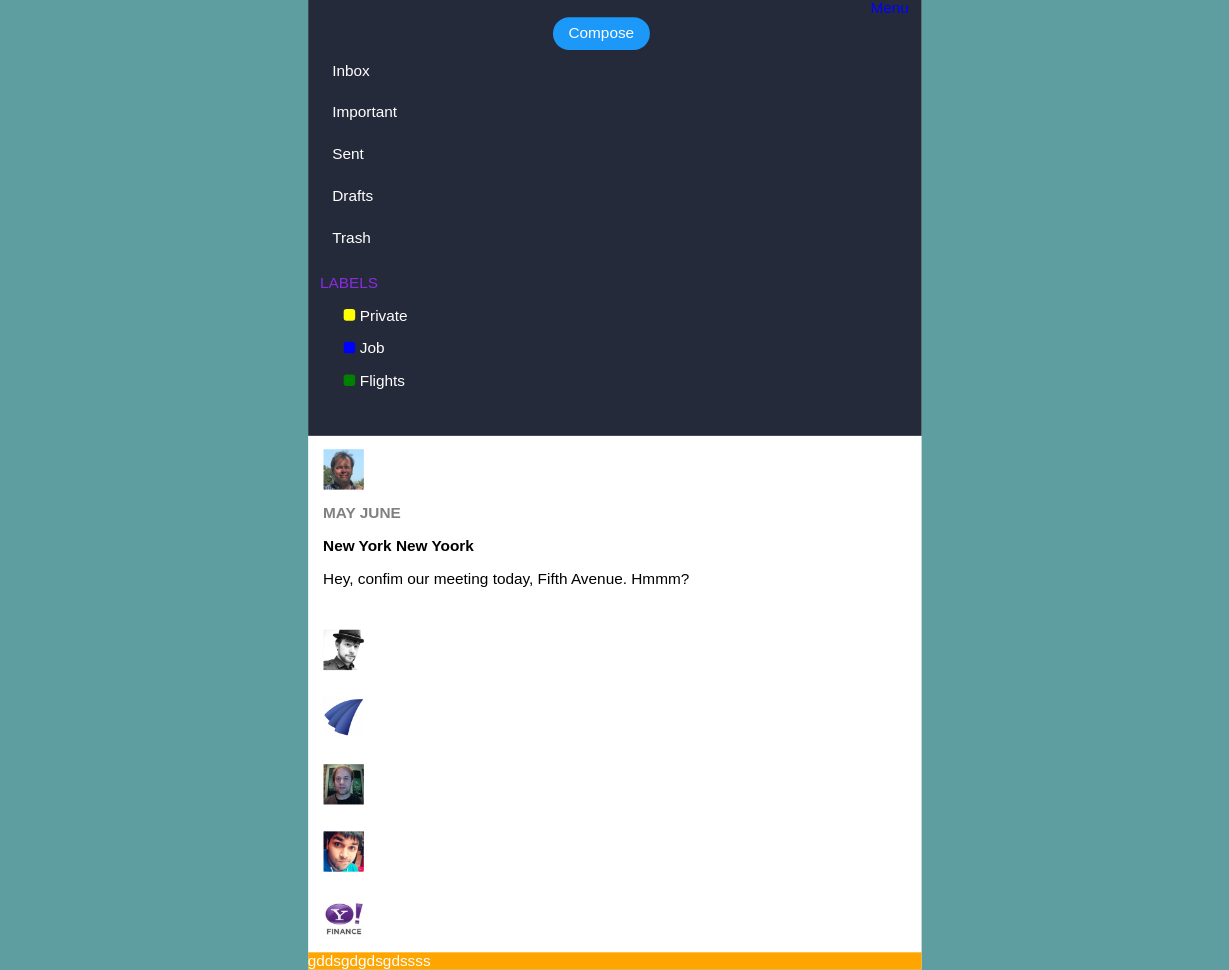
Repository: Gumiin/studia
Page: lesson4/index.html
These files come from the project's save history. The page is drawn as it stood at one moment and after the next save; the edit follows.
The browser window is 1280 px wide. The pictures show the whole page, at 96% of full size.

Above is the page before, as saved 2021-04-21 18:14:12.

### lesson4/index.html
<!DOCTYPE html>
<html lang="en">
<head>
    <meta charset="UTF-8">
    <meta http-equiv="X-UA-Compatible" content="IE=edge">
    <meta name="viewport" content="width=device-width, initial-scale=1.0">
    <title>Mail mobile part</title>
    <link rel="stylesheet" href="style.css">
</head>
<body>
    <main>
    <navigation id="menus">
        <p style="border: 0px;margin: 0px; color: blue;margin-right: 2%;text-align: right;">Menu</p>
        <a href=""><div id="compose">Compose</div></a>
        <nav>
            <a href=""><div class="menu">Inbox</div></a>
            <a href=""><div class="menu">Important</div></a>
            <a href=""><div class="menu">Sent</div></a>
            <a href=""><div class="menu">Drafts</div></a>
            <a href=""><div class="menu">Trash</div></a>
        </nav>
        <div id="labels">
            <p style="color: blueviolet;">LABELS</p>
            <p>
                <div class="label"style="background-color: yellow;"></div>
            Private
            </p>
            <p>
                <div class="label" style="background-color: blue;"></div>
            Job
            </p>
            <p>
                <div class="label" style="background-color: green;"></div>
            Flights
            </p>
        </div>
    </navigation>
    <div id="mails">
        <div class="mail">
            <div class="small_box">
                <img src="/lesson4/webmail/avatary/p1.png" alt="Avatar"/>
            </div>
            <div class="">
                <p class="sender">may june</p>
                <p class="title">New York New Yoork</p>
                <p class="messnege">Hey, confim our meeting today, Fifth Avenue. Hmmm? </p>
            </div>
        </div>
        <div class="mail">
            <div class="small_box">
                <img src="/lesson4/webmail/avatary/p2.png" alt="Avatar"/>
            </div>
        </div> <div class="mail">
            <div class="small_box">
                <img src="/lesson4/webmail/avatary/p3.png" alt="Avatar"/>
            </div>
        </div> <div class="mail">
            <div class="small_box">
                <img src="/lesson4/webmail/avatary/p4.png" alt="Avatar"/>
            </div>
        </div> <div class="mail">
            <div class="small_box">
                <img src="/lesson4/webmail/avatary/p5.png" alt="Avatar"/>
            </div>
        </div> <div class="mail">
            <div class="small_box">
                <img src="/lesson4/webmail/avatary/p6.png" alt="Avatar"/>
            </div>
        </div>
    </div>
    <content id="messenge">
        gddsgdgdsgdssss
    </content>
</main>
</body>
</html>

### lesson4/style.css
body{
    margin: 0px;
    border: 0px;
    max-width: 639px;
    height:100%;
    margin:auto;
    font-family: Arial, sans-serif;
    color: white;
    background-color: cadetblue;
}
main{
    margin: 0 auto;
    background:#fff;
    display: grid;
    grid-template-areas:
        "navigation"
        "mails"
        "content";
}
#menus{
    background-color: #252a3a;
    font-size: 16px;
    grid-template-areas:navigation;
}
#menus a{
    text-decoration: none;
    color: white;
}

#compose{
    background-color: #1B98F8;
    border: none;
    color: white;
    padding: 20px;
    text-align: center;
    text-decoration: none;
    display: inline-block;
    font-size: 16px;
    padding: 8px 16px;
    margin-left: 40%;
    border-radius: 20px;
}
.menu{
    margin-left: 2%;
    margin-right: 2%;
    padding: 2%;
}
.menu:hover{
    background-color: orchid;
}
#labels{
    margin-left: 2%;
    padding-bottom: 5%;
}
.label{
    border: none;
    display: inline-block;
    padding: 6px 6px;
    border-radius: 3px;
    margin-left:4%;
}
#mails{
    display: grid;
    grid-template-areas:mails;
    grid-template-rows: auto;
    color: black;
}
.mail{
    padding: 14px 16px;
}
img{
    max-width: 100%;
    max-height: 100%;
    display: block;
}
.small_box{
    height: 42px;
    margin-right: 8px;
}
.sender{
    color:grey;
    text-transform: uppercase;
    font-weight: 600;
    font-size:  13;
}
.title{
    font-weight: bold;
    font-size:  ;
}
.messenge{
    font-size:  13;
}
content{
    grid-template-areas:content;
    background:orange;
}
@media screen and (min-width: 576px) {

}
@media screen and (min-width: 768px) {

}
@media screen and (min-width: 992px) {

}
@media screen and (min-width: 1200px) {

}
@media screen and (min-width: 1400px) {

}

After the next save:
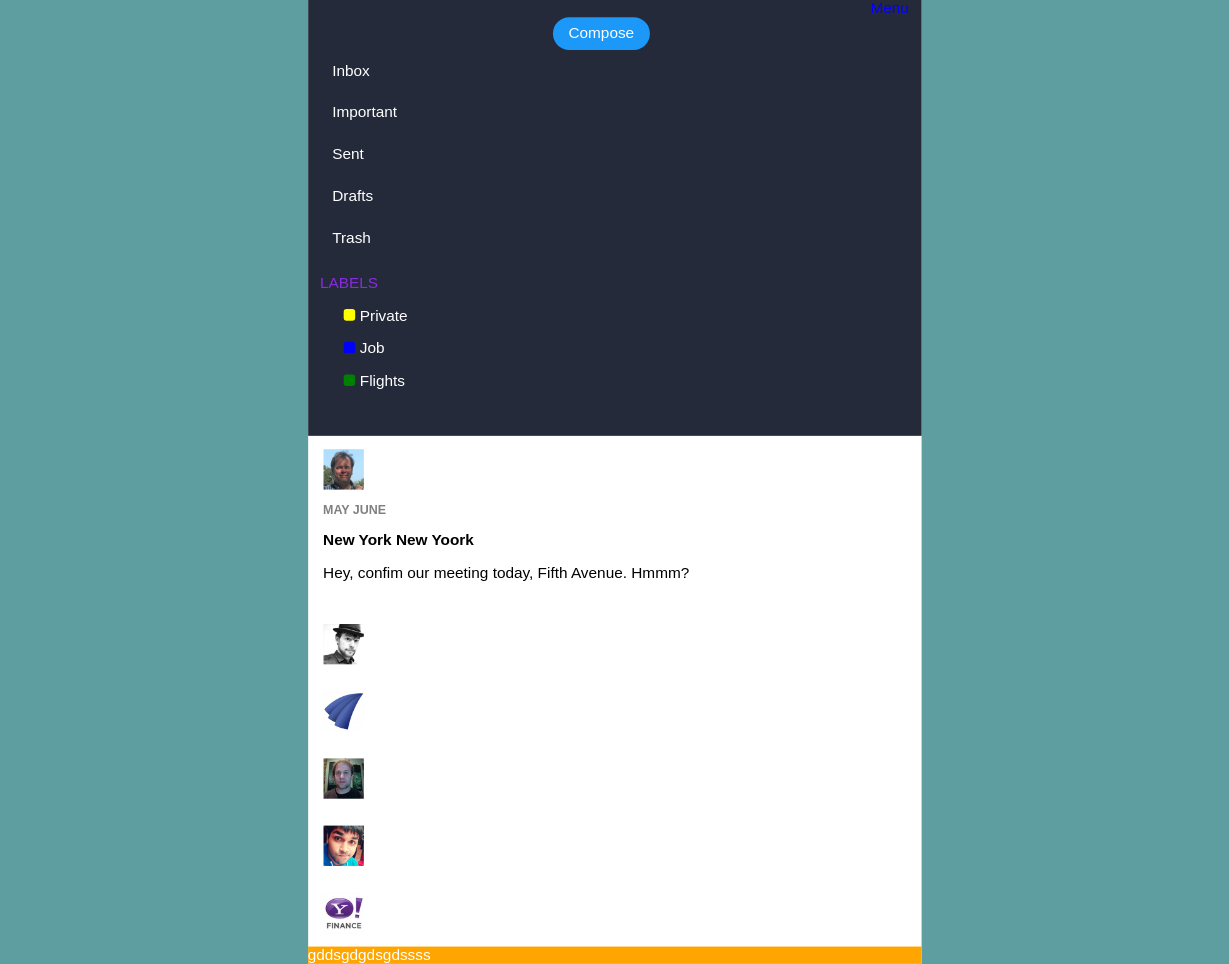
Saved 13 s later.
--- a/lesson4/style.css
+++ b/lesson4/style.css
@@ -81,14 +81,14 @@ img{
     color:grey;
     text-transform: uppercase;
     font-weight: 600;
-    font-size:  13;
+    font-size:  13px;
 }
 .title{
     font-weight: bold;
-    font-size:  ;
+    font-size:  16px;
 }
 .messenge{
-    font-size:  13;
+    font-size:  13px;
 }
 content{
     grid-template-areas:content;
